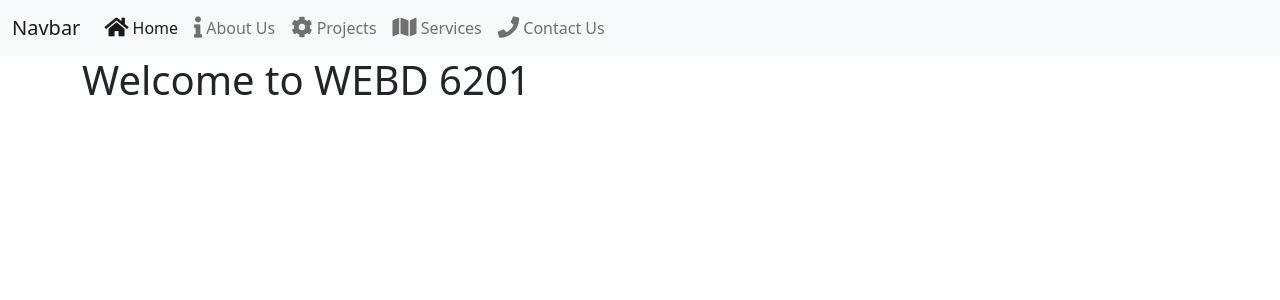
Repository: ErikHayward/WEBD6201-W2021-ICE1b
Page: index.html
These files come from the project's save history. The page is drawn as it stood at one moment and after the next save; the edit follows.
The browser window is 1280 px wide. The pictures show the whole page.

Above is the page before, as saved 2021-01-22 19:43:38.

After the next save:
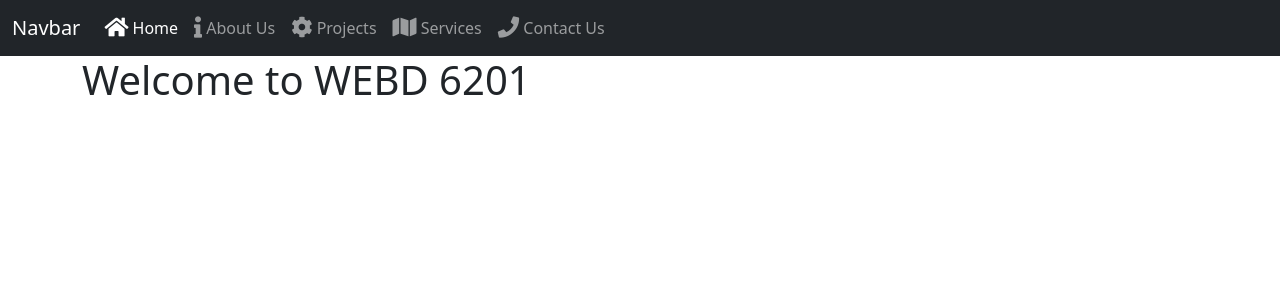
Saved 16 s later.
--- a/index.html
+++ b/index.html
@@ -12,7 +12,7 @@
 <body>
 
     <header>
-        <nav class="navbar navbar-expand-lg navbar-light bg-light">
+        <nav class="navbar navbar-expand-lg navbar-dark bg-dark">
             <div class="container-fluid">
               <a class="navbar-brand" href="#">Navbar</a>
               <button class="navbar-toggler" type="button" data-bs-toggle="collapse" data-bs-target="#navbarSupportedContent" aria-controls="navbarSupportedContent" aria-expanded="false" aria-label="Toggle navigation">
